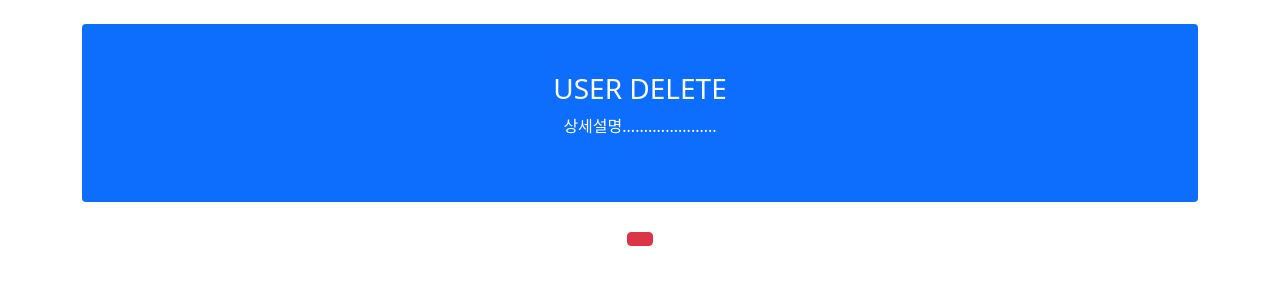
Repository: juhee1020/studying
Page: http://localhost/lec03_mvc/user/user_delete.jsp
An editor plug-in stored every save of this project. The page is shown before and after the next save, followed by the edit.
The browser window is 1280 px wide. The pictures show the whole page.
Some web libraries are served in a nearby version. The page is served by Tomcat 9. Nobody is signed in. The application's start-up code is not run. Other server files are loaded and not shown.

Above is the page before, as saved 2022-12-28 06:55:33.

### Spring/lec03_mvc/src/main/webapp/user/user_delete.jsp
<%@page language="java" contentType="text/html; charset=UTF-8" pageEncoding="UTF-8"%>
<%@taglib uri="http://java.sun.com/jsp/jstl/core" prefix="c" %>
<!DOCTYPE html>
<html>
<head>
   <title>Spring Framework</title>
   <meta charset="UTF-8">
    <meta name="viewport" content="width=device-width, initial-scale=1">
   <link rel="stylesheet" href="https://use.fontawesome.com/releases/v5.4.1/css/all.css"
      integrity="sha384-5sAR7xN1Nv6T6+dT2mhtzEpVJvfS3NScPQTrOxhwjIuvcA67KV2R5Jz6kr4abQsz"
      crossorigin="anonymous">
   <link href="https://cdn.jsdelivr.net/npm/bootstrap@5.0.2/dist/css/bootstrap.min.css" rel="stylesheet" integrity="sha384-EVSTQN3/azprG1Anm3QDgpJLIm9Nao0Yz1ztcQTwFspd3yD65VohhpuuCOmLASjC" crossorigin="anonymous">
   <script src="https://cdn.jsdelivr.net/npm/bootstrap@5.0.2/dist/js/bootstrap.bundle.min.js" integrity="sha384-MrcW6ZMFYlzcLA8Nl+NtUVF0sA7MsXsP1UyJoMp4YLEuNSfAP+JcXn/tWtIaxVXM" crossorigin="anonymous"></script>
</head>
<body>
   <div class="container" align="center">
      <div class="mt-4 p-5 bg-primary text-white rounded">
         <h3>USER DELETE</h3>
         <p>상세설명......................</p>

      </div>
      <br>
	<form action="deleteUser.do" method="post">
		<input type="hidden" name="${param.id}" value="${param.id}">
		<button type="submit" class="btn btn-danger text-white"></button>
	</form>

   </div>
</body>
</html>

After the next save:
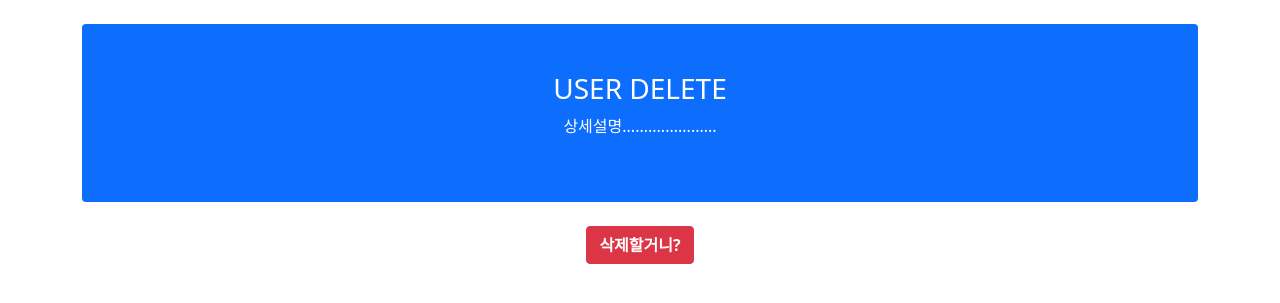
Saved 51 s later.
--- a/Spring/lec03_mvc/src/main/webapp/user/user_delete.jsp
+++ b/Spring/lec03_mvc/src/main/webapp/user/user_delete.jsp
@@ -22,7 +22,7 @@
       <br>
 	<form action="deleteUser.do" method="post">
 		<input type="hidden" name="${param.id}" value="${param.id}">
-		<button type="submit" class="btn btn-danger text-white"></button>
+		<button type="submit" class="btn btn-danger text-white"><b>${param.id}삭제할거니?</b></button>
 	</form>
 
    </div>
